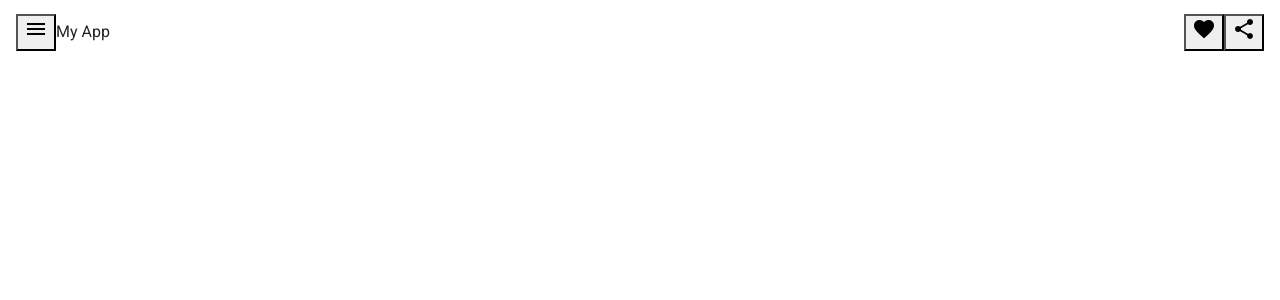
Repository: muriloopr/morilofitangular
Page: / (app in app/)
An editor plug-in stored every save of this project. The page is shown before and after a run of saves, followed by the edit.
The browser window is 1280 px wide. The pictures show the whole page.
The project was rebuilt for these pictures with package versions that can differ from the ones it lists, and the page was loaded fresh each time. Also part of the build but not shown: app/angular.json.

Above is the page before, as saved 2025-06-15 12:57:23.

After the next 2 saves:
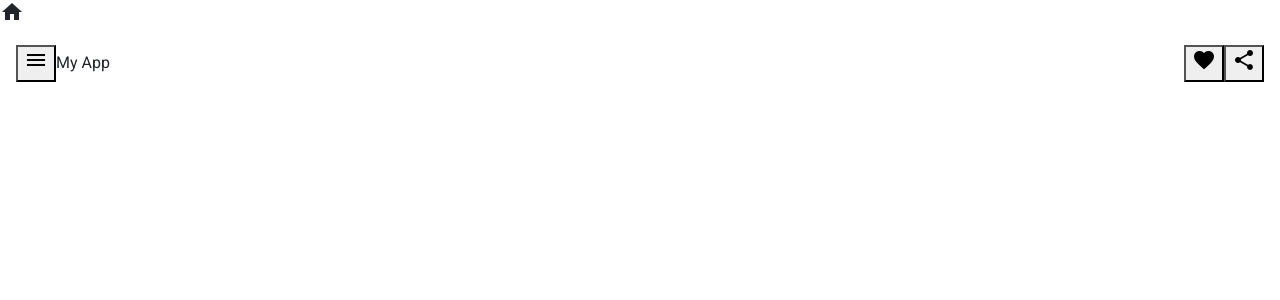
The 2 saves are shown as one change because they came seconds apart.
The last was saved 18 s later.
--- a/app/src/app/home/home.component.html
+++ b/app/src/app/home/home.component.html
@@ -1,4 +1,4 @@
-
+<mat-icon class="icon-preto">home</mat-icon>
 <mat-toolbar>
   <button matIconButton class="example-icon" aria-label="Example icon-button with menu icon">
     <mat-icon>menu</mat-icon>
